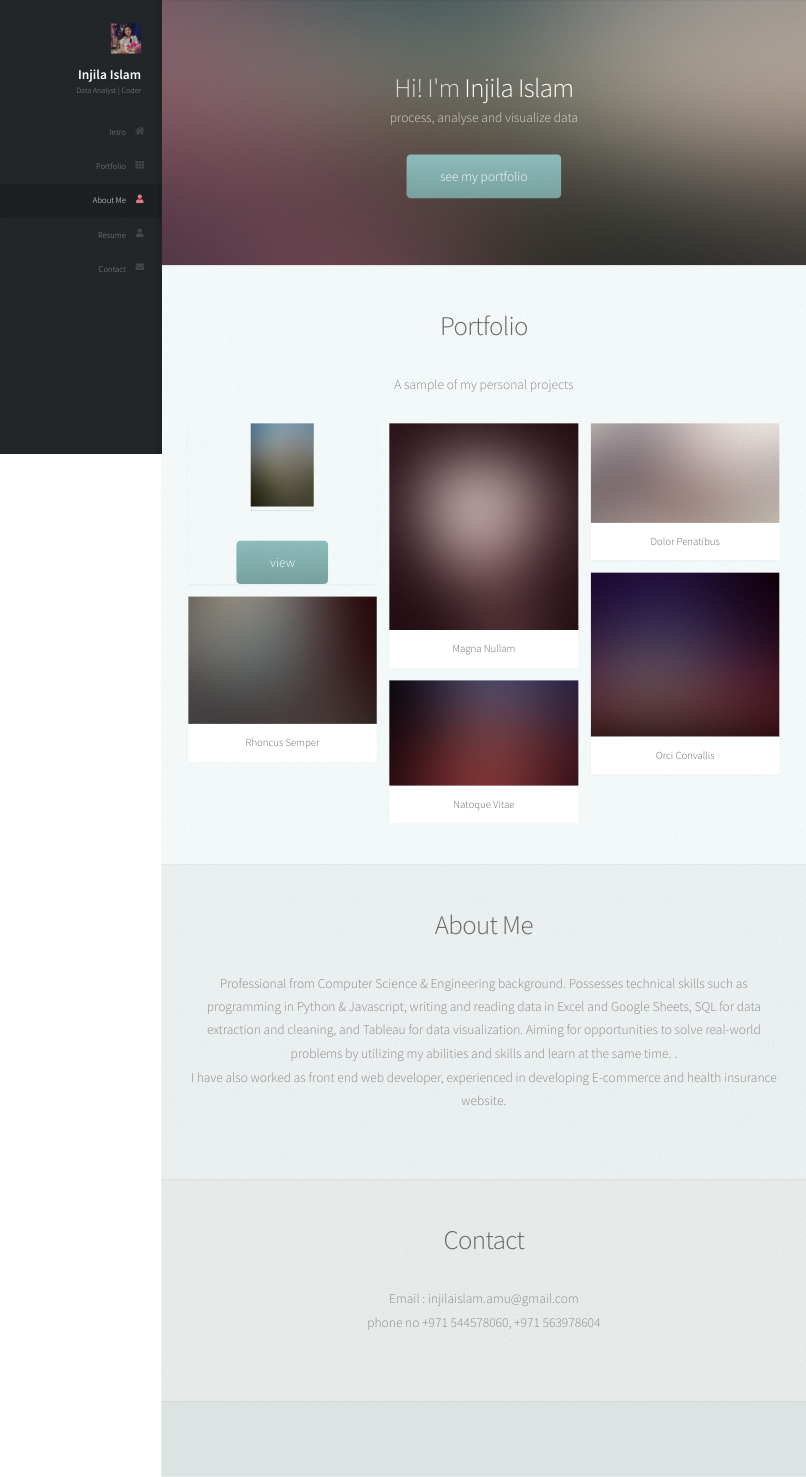
Repository: IslamInjila/new_portfolio
Page: index.html
An editor plug-in stored every save of this project. The page is shown before and after the next save, followed by the edit.
The browser window is 1280 px wide. The pictures show the whole page, at 63% of full size.

Above is the page before, as saved 2021-03-06 17:47:01.

After the next save:
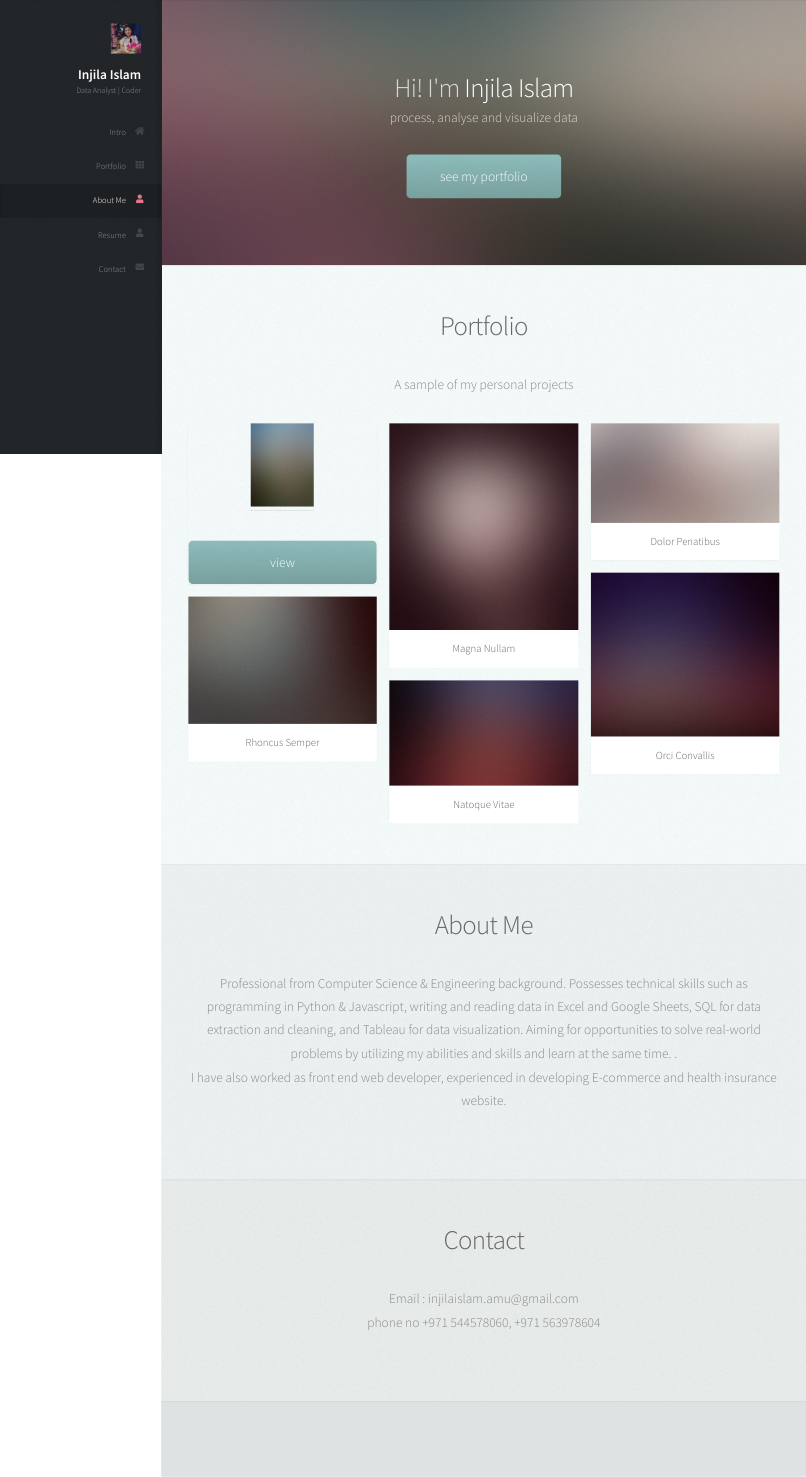
Saved 32 s later.
--- a/index.html
+++ b/index.html
@@ -95,7 +95,7 @@
 											</a></p>
 
 
-											<input type="button" onclick='window.open("http://www.foracure.org.au");return false;'
+											<input type="button" class="image fit" onclick='window.open("http://www.foracure.org.au");return false;'
 											 target="_blank" value="view"
 											 />
 											<!-- <button type="button" class="btn btn-outline-primary" href="https://www.w3schools.com">view</button> -->

After the save that followed:
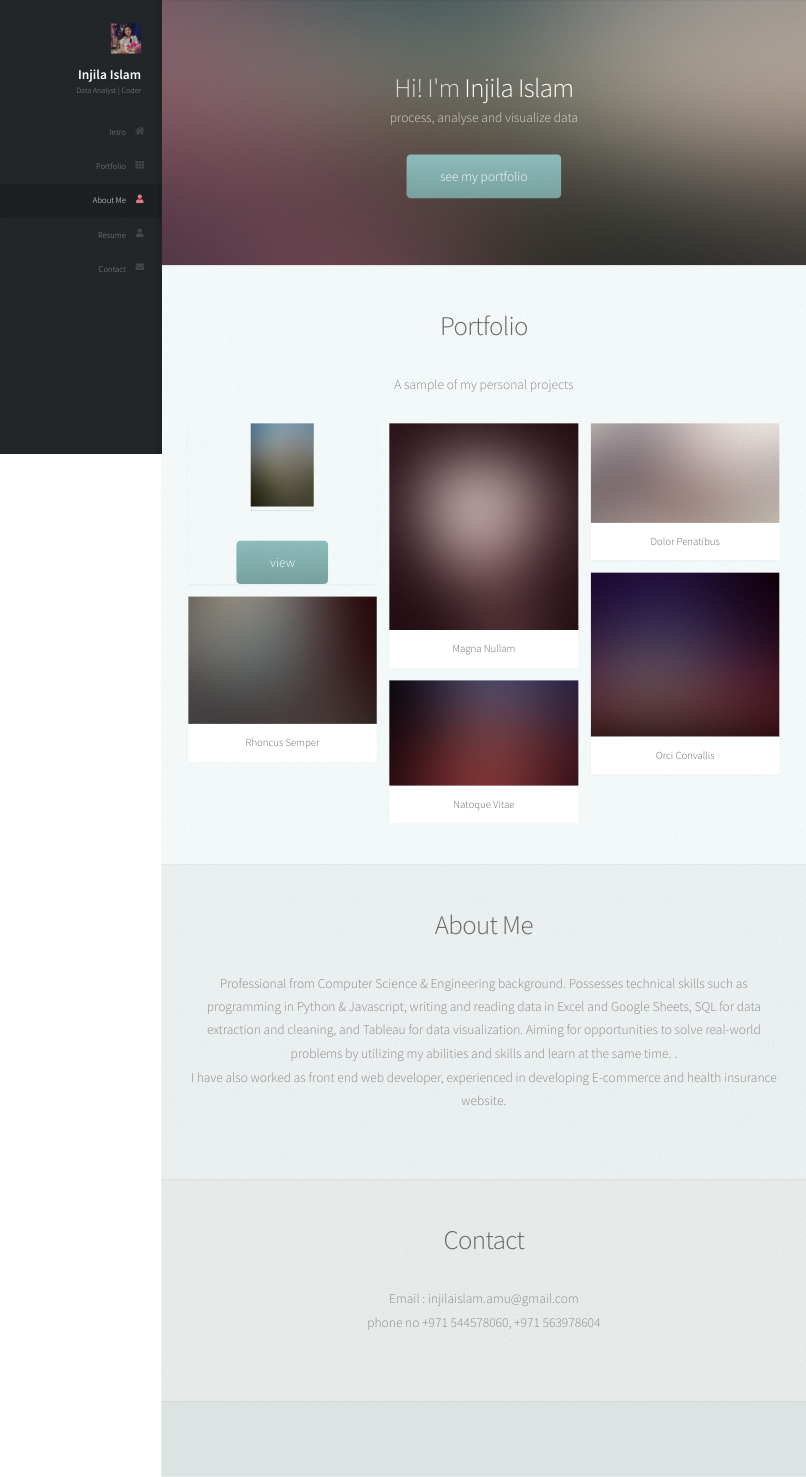
Saved 7 s later.
--- a/index.html
+++ b/index.html
@@ -95,7 +95,7 @@
 											</a></p>
 
 
-											<input type="button" class="image fit" onclick='window.open("http://www.foracure.org.au");return false;'
+											<input type="button"  onclick='window.open("http://www.foracure.org.au");return false;'
 											 target="_blank" value="view"
 											 />
 											<!-- <button type="button" class="btn btn-outline-primary" href="https://www.w3schools.com">view</button> -->
